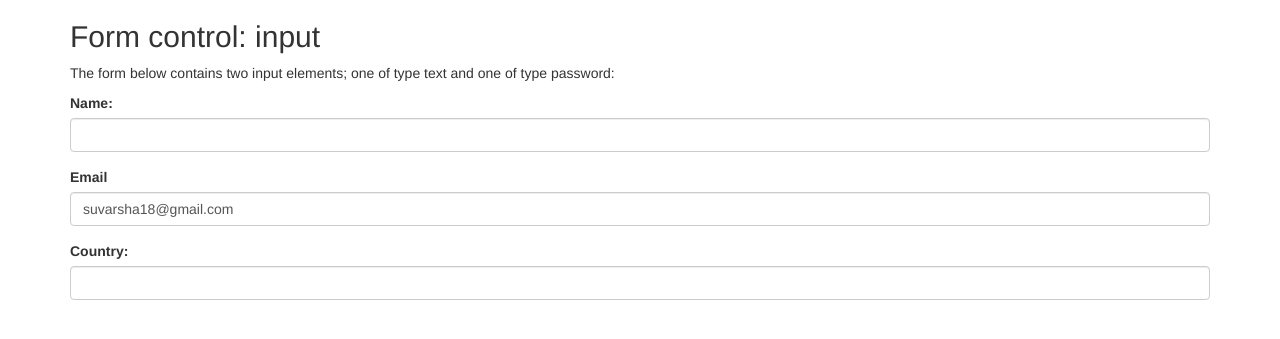
Repository: suvarsha/cognizant-projects
Page: BootStramp1/WebContent/register.html
The author's editor kept a copy of each file at every save. The page is drawn from the files as they stood at one save, then again after the next save.
The browser window is 1280 px wide. The pictures show the whole page.

Above is the page before, as saved 2020-01-18 12:25:30.

After the next save:
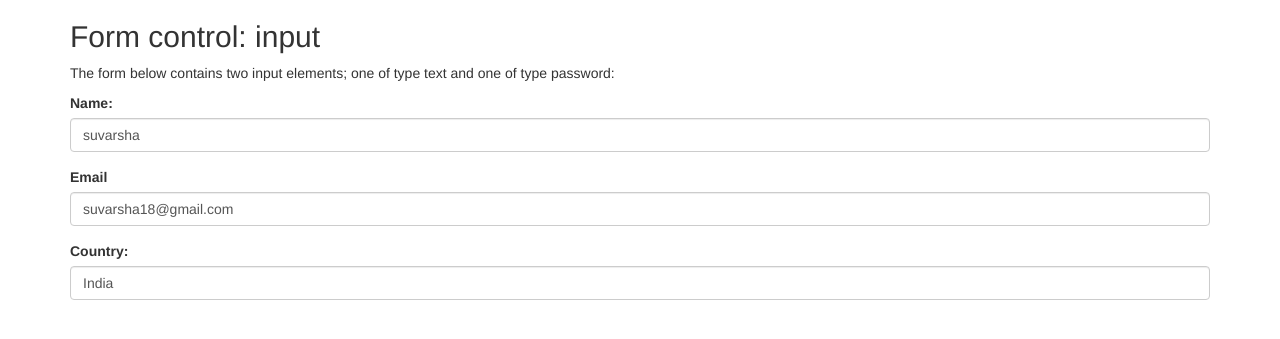
Saved 60 s later.
--- a/BootStramp1/WebContent/register.html
+++ b/BootStramp1/WebContent/register.html
@@ -16,7 +16,7 @@
   <form>
     <div class="form-group">
       <label for="usr">Name:</label>
-      <input type="text" class="form-control" id="usr">
+      <input type="text"  value=suvarsha class="form-control" id="usr">
     </div>
     <div class="form-group">
       <label for="mail">Email</label>
@@ -24,7 +24,7 @@
     </div>
     <div class="form-group">
       <label for="cnty">Country:</label>
-      <input type="text" class="form-control" id="cy">
+      <input type="text" class="form-control"   value=India id="cy">
     </div>
   </form>
 </div>
